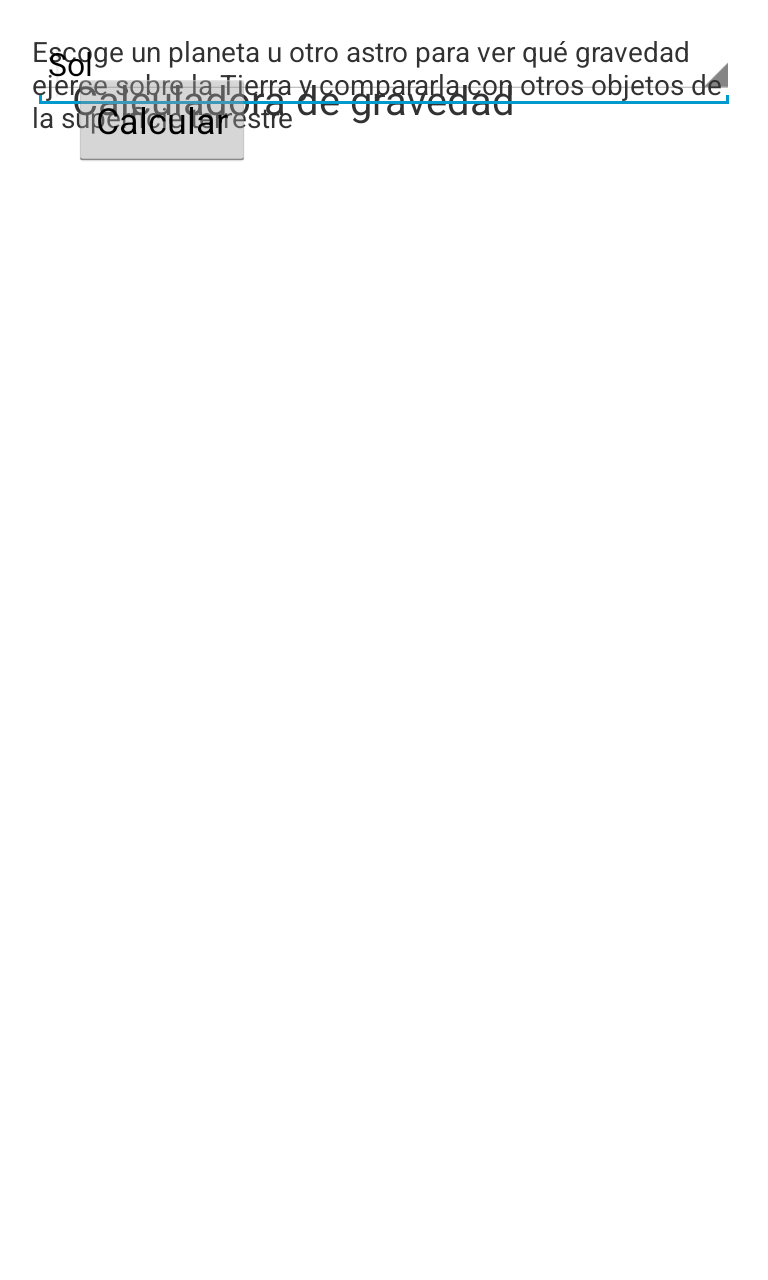
Repository: Jumax9/myPersonalNewton
Layout: MyPersonalNewton/res/layout/activity_main.xml
These files come from the project's save history. The layout is drawn as it stood at one moment and after the next save; the edit follows.
It is drawn on a 768 x 1280 px phone screen (xhdpi) without system bars, with theme AppTheme; the app's code is not run.

Above is the layout before, as saved 2014-03-15 00:44:30.

### MyPersonalNewton/res/layout/activity_main.xml
<RelativeLayout xmlns:android="http://schemas.android.com/apk/res/android"
    xmlns:tools="http://schemas.android.com/tools"
    android:layout_width="match_parent"
    android:layout_height="match_parent"
    android:paddingBottom="@dimen/activity_vertical_margin"
    android:paddingLeft="@dimen/activity_horizontal_margin"
    android:paddingRight="@dimen/activity_horizontal_margin"
    android:paddingTop="@dimen/activity_vertical_margin"
    tools:context=".MainActivity" >

    <TextView
        android:layout_width="fill_parent"
        android:layout_height="wrap_content"
        android:padding="20dp"
        android:text="@string/calculadora"
        android:textSize="20sp" >
    </TextView>

    <!-- <TextView -->
    <!-- android:layout_width="wrap_content" -->
    <!-- android:layout_height="wrap_content" -->
    <!-- android:text="@string/invitacion" /> -->


    <!-- <EditText -->
    <!-- android:id="@+id/altitud" -->
    <!-- android:layout_width="fill_parent" -->
    <!-- android:layout_height="wrap_content" -->
    <!-- android:inputType="number" -->
    <!-- android:maxLength="6" > -->


    <!-- <requestFocus /> -->
    <!-- </EditText> -->

    <TextView
        android:layout_width="wrap_content"
        android:layout_height="wrap_content"
        android:text="@string/astro" />

    <Spinner
        android:id="@+id/spinner1"
        android:layout_width="fill_parent"
        android:layout_height="wrap_content"
        android:entries="@array/planet_array"
        android:prompt="@string/planet_prompt" />

    <EditText
        android:id="@+id/planetaNum"
        android:layout_width="fill_parent"
        android:layout_height="wrap_content"
        android:inputType="number"
        android:maxLength="6" >

        <requestFocus />
    </EditText>

    <Button
        android:id="@+id/calcular"
        android:layout_width="wrap_content"
        android:layout_height="wrap_content"
        android:layout_gravity="center"
        android:layout_margin="20dp"
        android:text="@string/calcular" />

</RelativeLayout>

### MyPersonalNewton/res/values/strings.xml
<?xml version="1.0" encoding="utf-8"?>
<resources>

    <string name="app_name">My Gravity</string>
    <string name="action_settings">Settings</string>
    <string name="hello_world">Hello world!</string>
    <string name="calculadora">Calculadora de gravedad</string>
    <string name="invitacion">Introduce la altitud sobre el nivel del mar a la que se encuentra</string>
    <string name="calcular">Calcular</string>
    <string name="resultado">Resultado</string>
    <string name="jupiter">Jupiter</string>
    <string name="astro">Escoge un planeta u otro astro para ver qué gravedad ejerce sobre la Tierra y compararla con otros objetos de la superficie terrestre</string>
    <string name="planet_prompt">Elige un astro</string>

    <string-array name="planet_array">
        <item>Sol</item>
        <item>Mercurio</item>
        <item>Venus</item>
        <item>La Luna</item> 63581581
        <item>Marte</item>
        <item>Júpiter</item>
        <item>Saturno</item>
        <item>Urano</item>
        <item>Neptuno</item>
    </string-array>

    <string name="ooparts_prompt">Elige una comparación</string>

    <string-array name="ooparts_array">
        <item>Aneto</item>
        <item>Calvitero</item>
        <item>Mulhacén</item>
        <item>Peña Trevinca</item>
        <item>Pica d\'Estats</item>
        <item>Teide</item>
        <item>Teleno</item>
    </string-array>

</resources>

Loaded but not shown: MyPersonalNewton/res/values/styles.xml (common file); MyPersonalNewton/res/values-v11/styles.xml (common file); MyPersonalNewton/res/values-v14/styles.xml (common file); MyPersonalNewton/res/values/dimens.xml (common file)

After the next save:
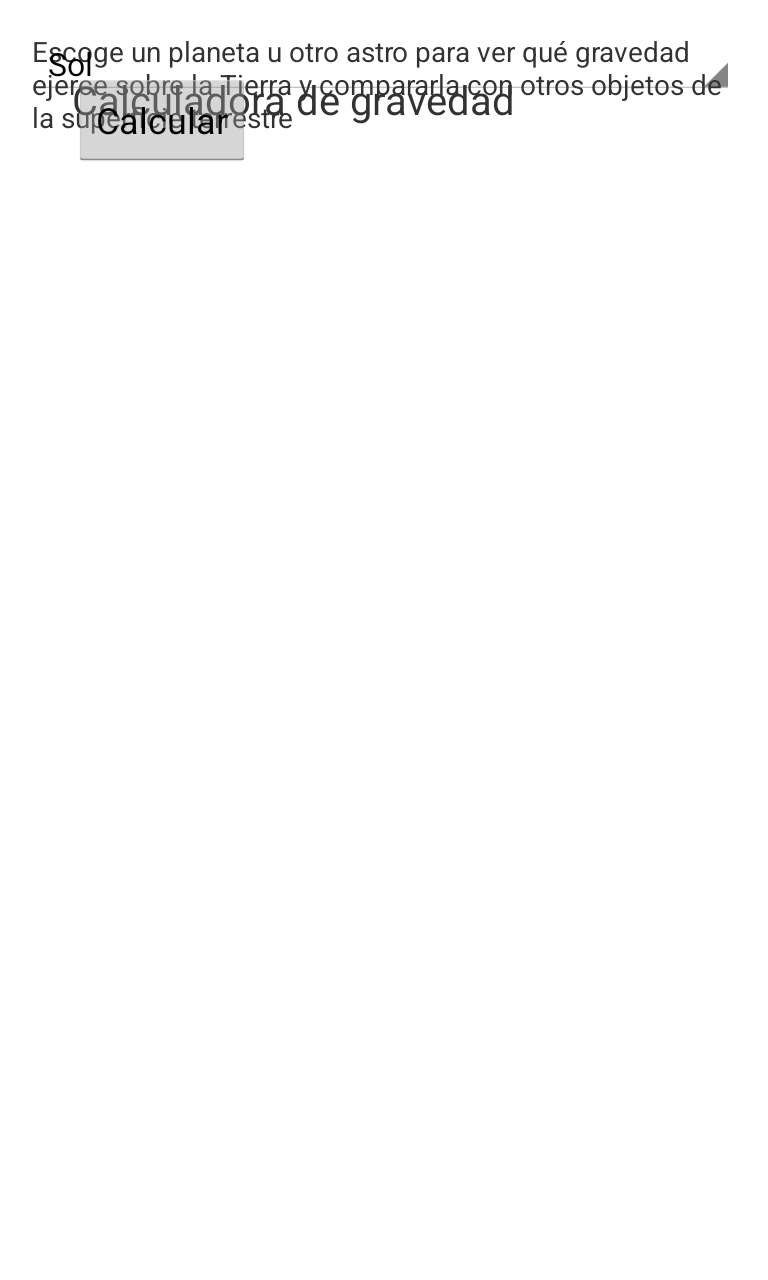
Saved 27 s later.
--- a/MyPersonalNewton/res/layout/activity_main.xml
+++ b/MyPersonalNewton/res/layout/activity_main.xml
@@ -45,15 +45,15 @@
         android:entries="@array/planet_array"
         android:prompt="@string/planet_prompt" />
 
-    <EditText
-        android:id="@+id/planetaNum"
-        android:layout_width="fill_parent"
-        android:layout_height="wrap_content"
-        android:inputType="number"
-        android:maxLength="6" >
+<!--     <EditText -->
+<!--         android:id="@+id/planetaNum" -->
+<!--         android:layout_width="fill_parent" -->
+<!--         android:layout_height="wrap_content" -->
+<!--         android:inputType="number" -->
+<!--         android:maxLength="6" > -->
 
-        <requestFocus />
-    </EditText>
+<!--         <requestFocus /> -->
+<!--     </EditText> -->
 
     <Button
         android:id="@+id/calcular"
